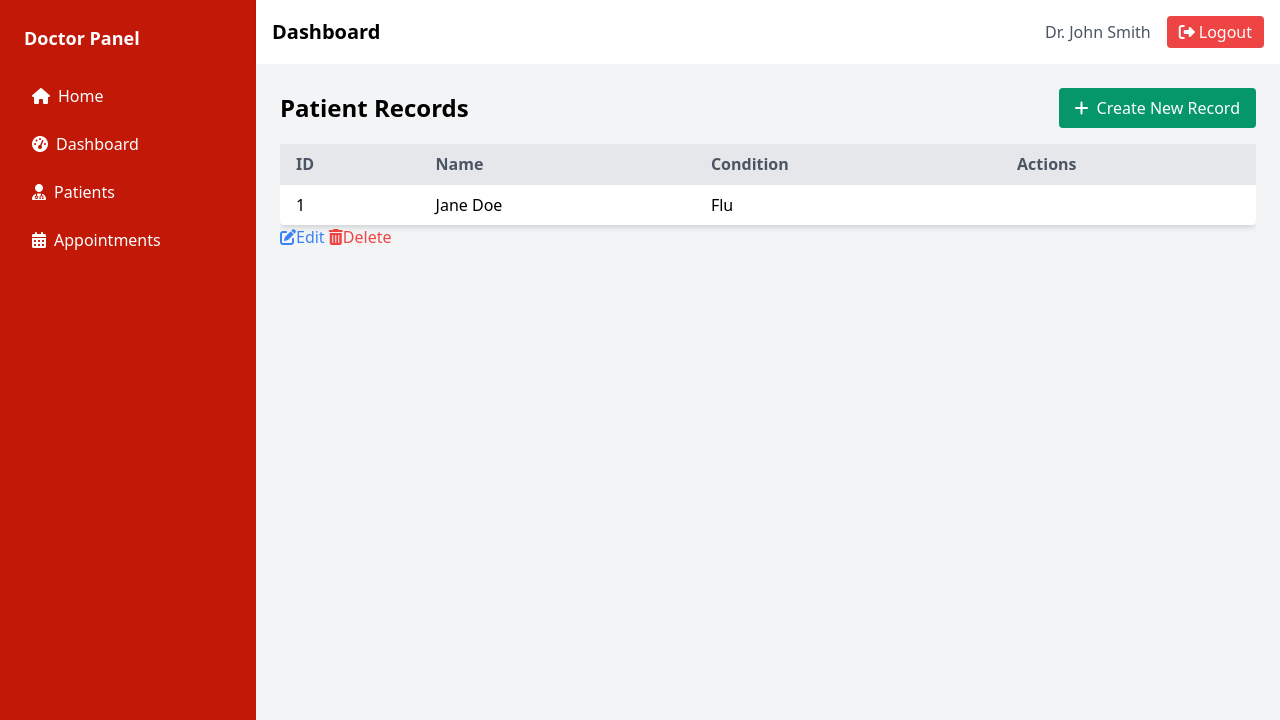
Repository: BinuriJ/HospitalSystem
Page: http://localhost/CyborgSys/DoctorDashboard.jsp
An editor plug-in stored every save of this project. The page is shown before and after the next save, followed by the edit.
The browser window is 1280 px wide. The pictures show the whole page.
Some web libraries are served in a nearby version. The page is served by Tomcat 9.

Above is the page before, as saved 2025-05-08 17:02:23.

### CyborgSys/WebContent/DoctorDashboard.jsp
<%@ page language="java" contentType="text/html; charset=UTF-8"
    pageEncoding="UTF-8"%>
<!DOCTYPE html>
<html lang="en">
<head>
  <meta charset="UTF-8" />
  <meta name="viewport" content="width=device-width, initial-scale=1.0" />
  <title>Doctor Dashboard</title>
  <script src="https://kit.fontawesome.com/a076d05399.js" crossorigin="anonymous"></script>
  <link href="https://cdn.jsdelivr.net/npm/tailwindcss@2.2.19/dist/tailwind.min.css" rel="stylesheet">
  <style>
    .bg-cherry-red { background-color: #c21807; }
    .hover\:bg-cherry-red-dark:hover { background-color: #a40f06; }
  </style>
</head>
<body class="bg-gray-100">

  <!-- Sidebar -->
  <div class="flex min-h-screen">
    <aside class="w-64 bg-cherry-red text-white flex-shrink-0">
      <div class="p-6 text-lg font-bold">Doctor Panel</div>
      <nav class="px-4 space-y-2">
        <a href="#" class="block py-2 px-4 rounded hover:bg-cherry-red-dark"><i class="fas fa-home mr-2"></i>Home</a>
        <a href="#" class="block py-2 px-4 rounded hover:bg-cherry-red-dark"><i class="fas fa-tachometer-alt mr-2"></i>Dashboard</a>
        <a href="#" class="block py-2 px-4 rounded hover:bg-cherry-red-dark"><i class="fas fa-user-md mr-2"></i>Patients</a>
        <a href="#" class="block py-2 px-4 rounded hover:bg-cherry-red-dark"><i class="fas fa-calendar-alt mr-2"></i>Appointments</a>
      </nav>
    </aside>

    <!-- Main Content -->
    <div class="flex-1 flex flex-col">

      <!-- Top Bar -->
      <header class="bg-white shadow p-4 flex justify-between items-center">
        <div class="text-xl font-semibold">Dashboard</div>
        <div class="flex items-center space-x-4">
          <span class="text-gray-600">Dr. John Smith</span>
          <button class="bg-red-500 text-white px-3 py-1 rounded hover:bg-red-600">
            <i class="fas fa-sign-out-alt mr-1"></i>Logout
          </button>
        </div>
      </header>

      <!-- Table Section -->
      <main class="p-6 bg-gray-100 flex-1">
        <div class="flex justify-between items-center mb-4">
          <h2 class="text-2xl font-bold">Patient Records</h2>
          <button class="bg-green-600 text-white px-4 py-2 rounded hover:bg-green-700">
            <i class="fas fa-plus mr-2"></i>Create New Record
          </button>
        </div>
        <div class="overflow-x-auto">
          <table class="min-w-full bg-white shadow-md rounded">
            <thead class="bg-gray-200 text-gray-600">
              <tr>
                <th class="py-2 px-4 text-left">ID</th>
                <th class="py-2 px-4 text-left">Name</th>
                <th class="py-2 px-4 text-left">Condition</th>
                <th class="py-2 px-4 text-left">Actions</th>
              </tr>
            </thead>
            <tbody>
              <tr class="border-t">
                <td class="py-2 px-4">1</td>
                <td class="py-2 px-4">Jane Doe</td>
                <td class="py-2 px-4">Flu</td>
                <td class="py-2 px-4 space-x-2">

                </td>
              </tr>
              <!-- More rows as needed -->
            </tbody>
          </table>
          <button class="text-blue-500 hover:text-blue-700" title="Edit">
                    <i class="fas fa-edit"></i>Edit
                  </button>
                  <button class="text-red-500 hover:text-red-700" title="Delete">
                    <i class="fas fa-trash-alt"></i>Delete
                  </button>
        </div>
      </main>
    </div>
  </div>

</body>
</html>

After the next save:
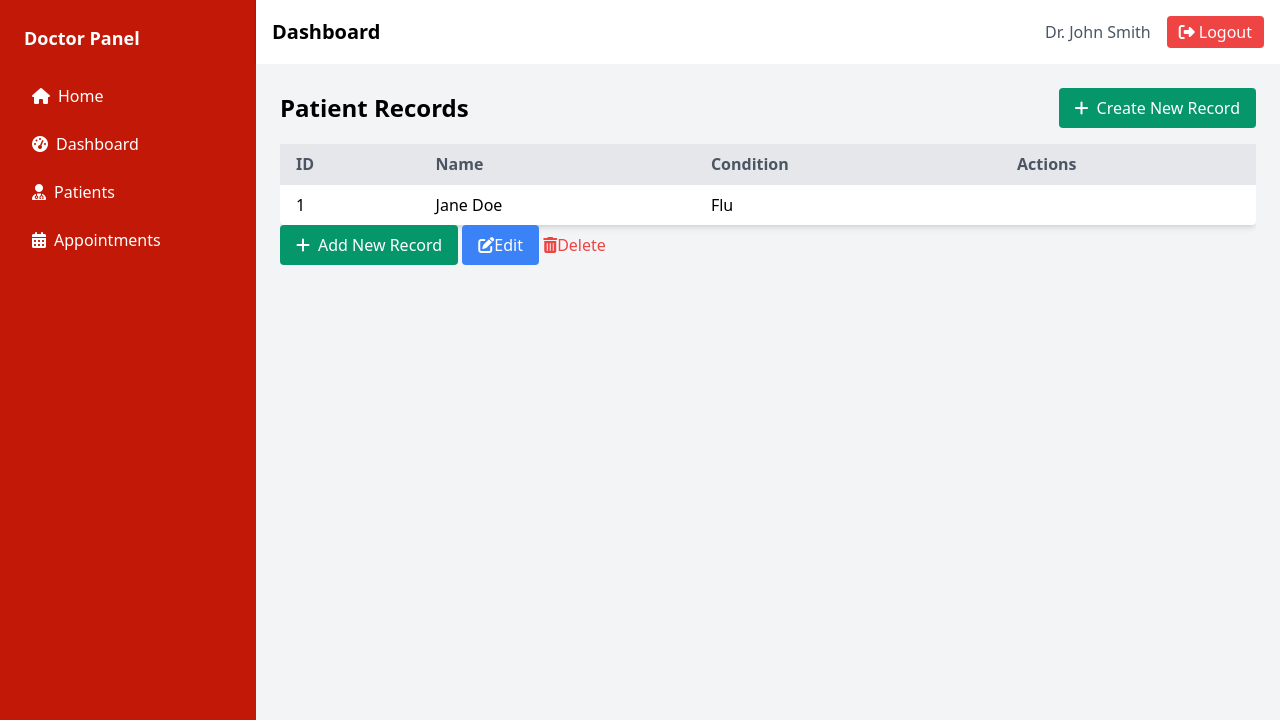
Saved 2 min 26 s later.
--- a/CyborgSys/WebContent/DoctorDashboard.jsp
+++ b/CyborgSys/WebContent/DoctorDashboard.jsp
@@ -71,7 +71,10 @@
               <!-- More rows as needed -->
             </tbody>
           </table>
-          <button class="text-blue-500 hover:text-blue-700" title="Edit">
+          <button class="bg-green-600 text-white px-4 py-2 rounded hover:bg-green-700" title="Create">
+            <i class="fas fa-plus mr-2"></i>Add New Record
+          </button>
+          <button class="bg-blue-500 text-white px-4 py-2 rounded hover:bg-green-700" title="Edit">
                     <i class="fas fa-edit"></i>Edit
                   </button>
                   <button class="text-red-500 hover:text-red-700" title="Delete">
